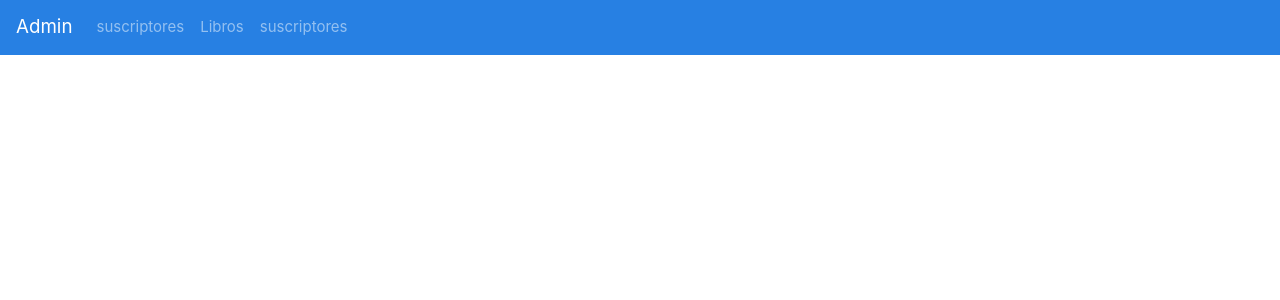
Repository: harrycampaz/library-react
Page: /
The author's editor kept a copy of each file at every save. The page is drawn from the files as they stood at one save, then again after the next save.
The browser window is 1280 px wide. The pictures show the whole page.
Some web libraries are served in a nearby version. The project was rebuilt for these pictures with package versions that can differ from the ones it lists, and the page was loaded fresh each time. Also part of the build but not shown: src/components/suscriptores/Suscriptores.js, src/components/suscriptores/AddSuscriptores.js, src/components/suscriptores/EditSuscriptores.js, src/components/suscriptores/Suscriptor.js.

Above is the page before, as saved 2020-02-02 23:32:57.

After the next save:
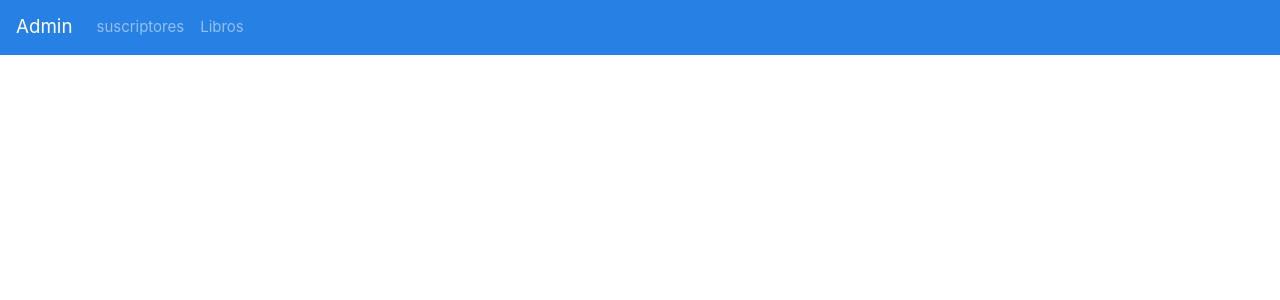
Saved 13 s later.
--- a/src/layout/ui/Navbar.js
+++ b/src/layout/ui/Navbar.js
@@ -19,10 +19,6 @@ function Navbar(props) {
             <li className="nav-item">
               <Link to ={"/"}  className="nav-link">Libros</Link>
             </li>
-            <li className="nav-item">
-              <Link to ={"/suscriptores"}  className="nav-link">suscriptores</Link>
-            </li>
-
 
           </ul>
 
